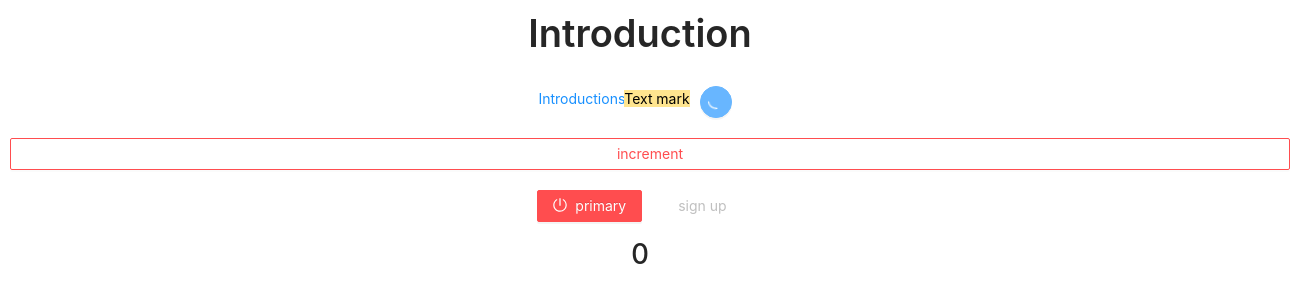
Repository: ErosHai/antd-demo
Page: /
These files come from the project's save history. The page is drawn as it stood at one moment and after the next save; the edit follows.
The browser window is 1280 px wide. The page is 1300 px wide, so the pictures cover 1300 px, including what lies to the right of the window. The pictures show the whole page.
The project was rebuilt for these pictures with package versions that can differ from the ones it lists, and the page was loaded fresh each time.

Above is the page before, as saved 2022-04-12 15:16:42.

### src/index.js
import React from 'react'
import { createRoot } from 'react-dom/client'
import './index.css'
import App from './App'
import reportWebVitals from './reportWebVitals'

const root = createRoot(document.getElementById('root'))
root.render(<App />)

// If you want to start measuring performance in your app, pass a function
// to log results (for example: reportWebVitals(console.log))
// or send to an analytics endpoint. Learn more: https://bit.ly/CRA-vitals
reportWebVitals()

### src/App.js
import './App.css'
import { Button, Tooltip, Typography } from 'antd'
import { SearchOutlined } from '@ant-design/icons'
import { useState } from 'react'
import { PoweroffOutlined } from '@ant-design/icons'

function App() {
	const [count, setCount] = useState(0)

	const { Title, Link, Text } = Typography

	return (
		<div className="App">
			<Title>Introduction</Title>
			<Link>Introductions</Link>
			<Text mark>Text mark</Text>

			<Tooltip title="search">
				<Button
					type="primary"
					shape="circle"
					loading="true"
					icon={<SearchOutlined />}
				></Button>
			</Tooltip>
			<Button
				type="default"
				onClick={() => {
					setCount(count + 1)
				}}
				block
				ghost
				danger
			>
				increment
			</Button>
			<Button type="primary" danger icon={<PoweroffOutlined />}>
				primary
			</Button>
			<Button type="text" disabled>
				sign up
			</Button>

			<h1> {count} </h1>
		</div>
	)
}

export default App

### src/App.css
@import '~antd/dist/antd.css';

.App {
  text-align: center;
  /* background-color: #282c34; */
  padding:10px 0px;

}
.App button {
  margin:  10px;
}
.App-logo {
  height: 40vmin;
  pointer-events: none;
}

@media (prefers-reduced-motion: no-preference) {
  .App-logo {
    animation: App-logo-spin infinite 20s linear;
  }
}

.App-header {
  background-color: #282c34;
  min-height: 100vh;
  display: flex;
  flex-direction: column;
  align-items: center;
  justify-content: center;
  font-size: calc(10px + 2vmin);
  color: white;
}

.App-link {
  color: #61dafb;
}

@keyframes App-logo-spin {
  from {
    transform: rotate(0deg);
  }
  to {
    transform: rotate(360deg);
  }
}

Loaded but not shown: public/index.html (common file); src/index.css (common file); src/reportWebVitals.js (common file)

After the next save:
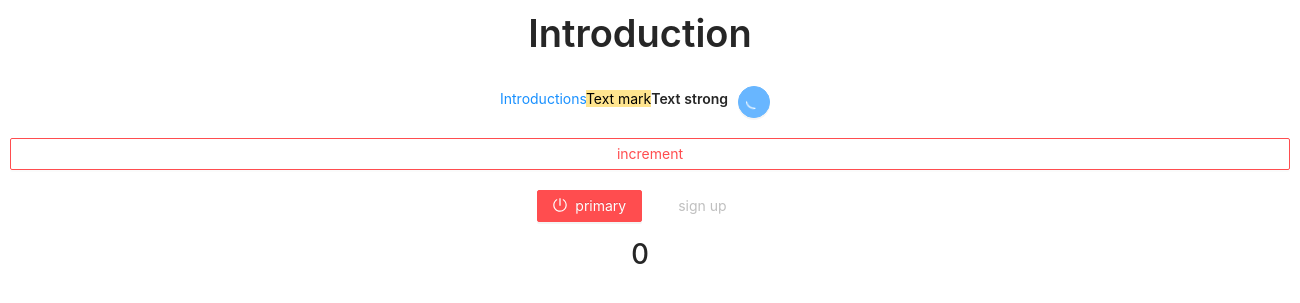
Saved 30 s later.
--- a/src/App.js
+++ b/src/App.js
@@ -14,6 +14,7 @@ function App() {
 			<Title>Introduction</Title>
 			<Link>Introductions</Link>
 			<Text mark>Text mark</Text>
+			<Text strong>Text strong</Text>
 
 			<Tooltip title="search">
 				<Button
